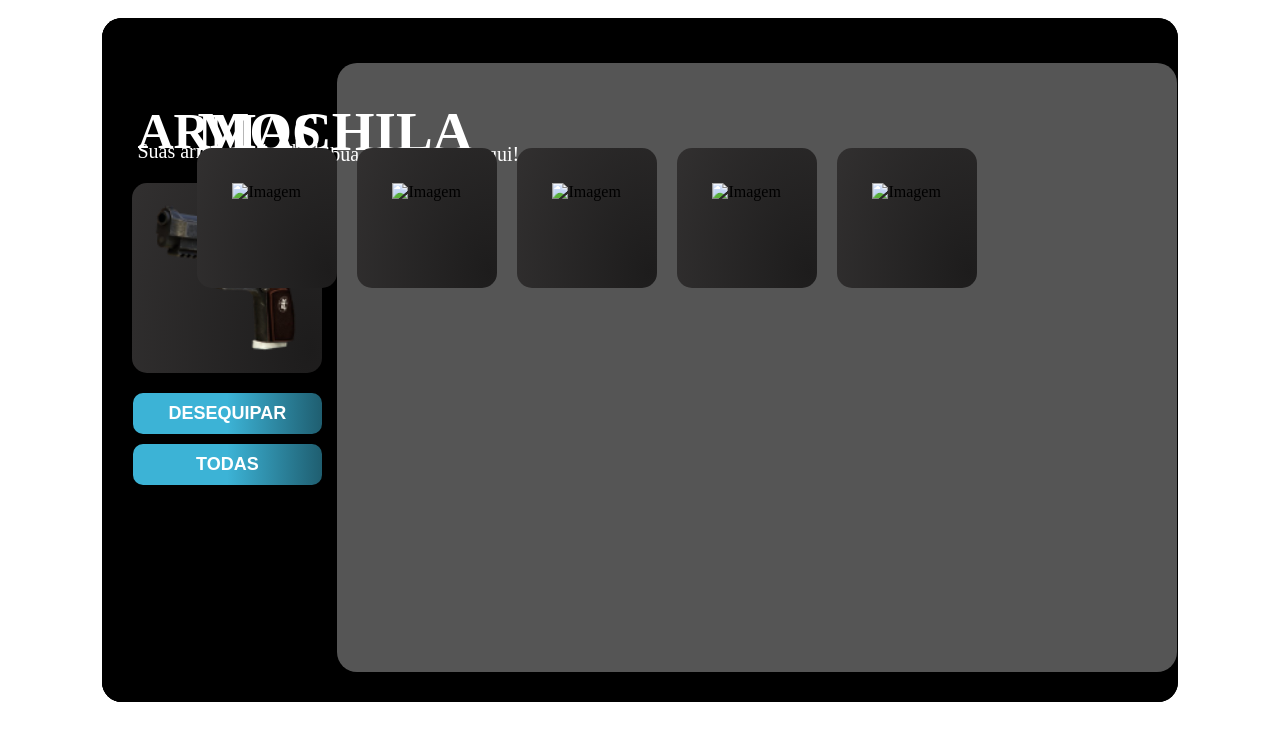
Repository: DuMCorrea/Mochila
Page: index.html
An editor plug-in stored every save of this project. The page is shown before and after the next save, followed by the edit.
The browser window is 1280 px wide. The pictures show the whole page.
Some web fonts or font styles are not loaded; a fallback is used.

Above is the page before, as saved 2024-09-02 22:44:02.
Not found: caminho-da-imagem.jpg

After the next save:
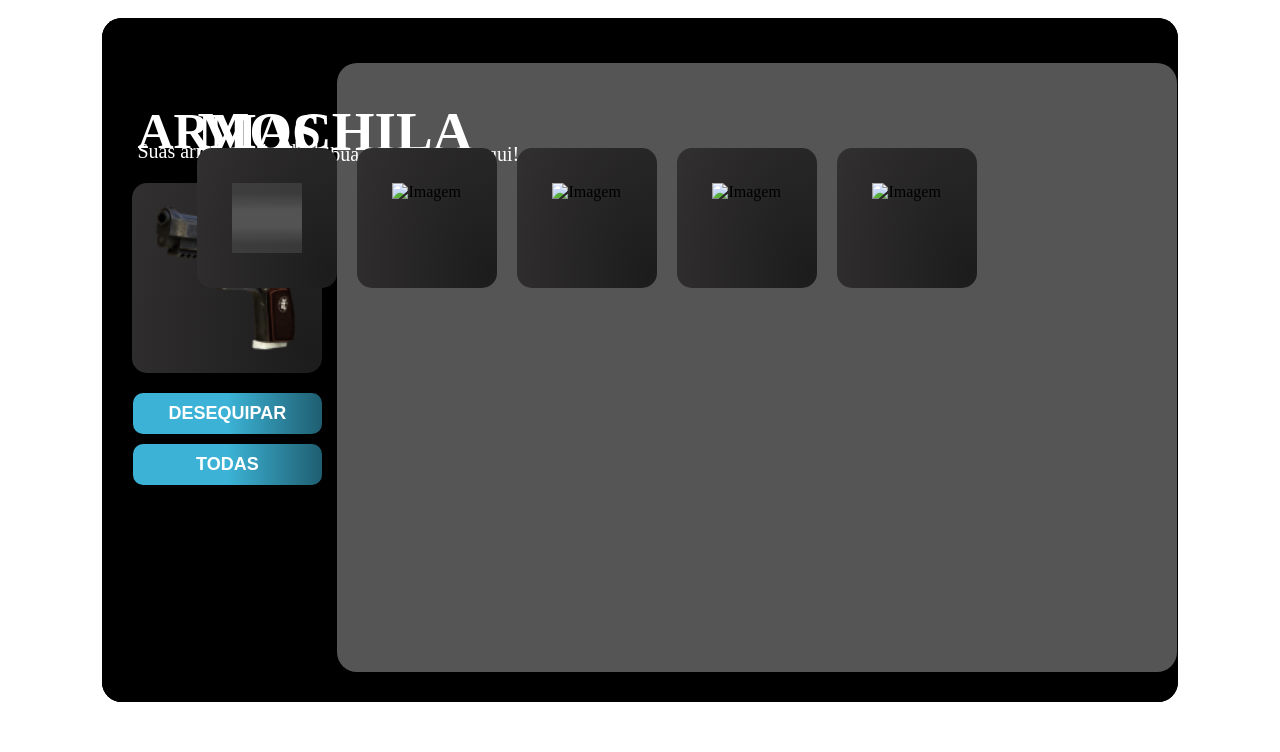
Saved 10 s later.
--- a/index.html
+++ b/index.html
@@ -27,7 +27,7 @@
                     <p>Organize e distribua seus itens por aqui!</p>
                     <div class="squares-container">
                         <div class="square">
-                            <img src="caminho-da-imagem.jpg" alt="Imagem" class="square-image">
+                            <img src="assets/traco.png" alt="Imagem" class="square-image">
                         </div>
                         <div class="square">
                             <img src="caminho-da-imagem.jpg" alt="Imagem" class="square-image">
